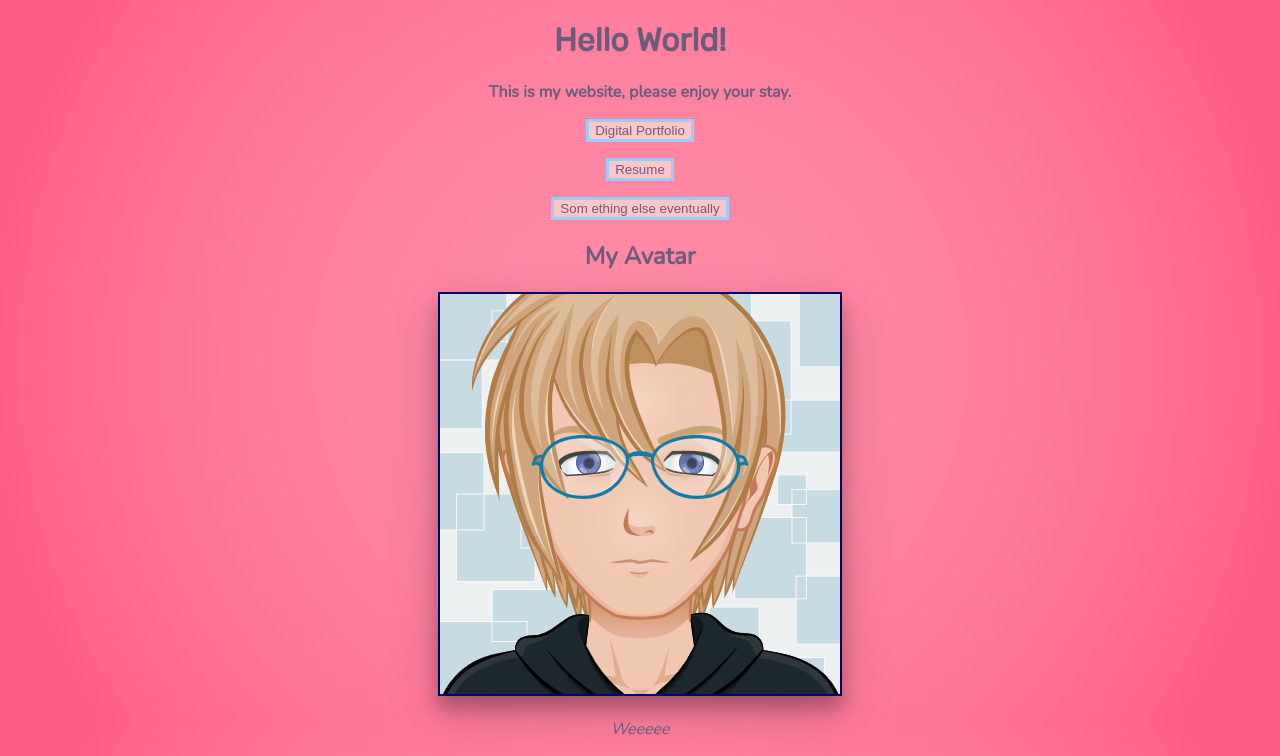
Repository: Ivyeomnky/Ivyeomnky.github.io
Page: index.html
The author's editor kept a record of every edit. The page is drawn from the files as they stood at one moment, then again after the next edit.
The browser window is 1280 px wide. The pictures show the whole page.
Backgrounds fixed to the window are drawn as part of the page.

Above is the page before.

### index.html
<!doctype html>
<html>
    <style>
    </style>
    <head>
        <title>Welcome!</title>
        <link rel="stylesheet" href="css.css">
        <link href="https://fonts.googleapis.com/css?family=Nunito|Roboto|Rubik&display=swap" rel="stylesheet">
    </head>
    <body>
        <center>
        <h1>Hello World!</h1>
        <center><p><b>This is my website, please enjoy your stay.</b></center>
        <div class="font-effect-anaglyph">
        <a href="dp.html"><button>Digital Portfolio</button></a>
        <p><a href="resume.html"><button>Resume</button></a></p>
        <p><a href="html.html"><button>Som
        ething else eventually</button></a></p>
        <h2>My Avatar</h2></p>
        <img src="images/myAvatar.png" alt="My Avatar" width="400" height="400">
        <p><i>Weeeee</i></p>
        </center>
    </body>
</html>

### css.css
body {
  color: #6c5b7b;
  font-family: 'Nunito', sans-serif;
  background-image: url('images/pinkBG.png');
  background-repeat: no-repeat;
  background-attachment: fixed;
  background-size: cover;
}
h1 {
  font-family: 'Rubik', sans-serif;
}
button{
    background-color: #ffc6c7;
    border: 3px solid #99ccff;
    color: #6c5b7b;
    opacity:1;
}
button:hover{
  background-color: #ffc6c7;
  border: 3px solid #99ccff;
  color: #6c5b7b;
  opacity:100;
  box-shadow:0 12px 16px 0 rgba(0,0,0,0.24), 0 17px 50px 0 rgba(0,0,0,0.19);
}
img{
    border: 2px solid #000066;
    box-shadow:0 12px 16px 0 rgba(0,0,0,0.24), 0 17px 50px 0 rgba(0,0,0,0.19);
}
iframe{
    border: 2px solid #000066;
    box-shadow:0 12px 16px 0 rgba(0,0,0,0.24), 0 17px 50px 0 rgba(0,0,0,0.19);
}

After the next edit:
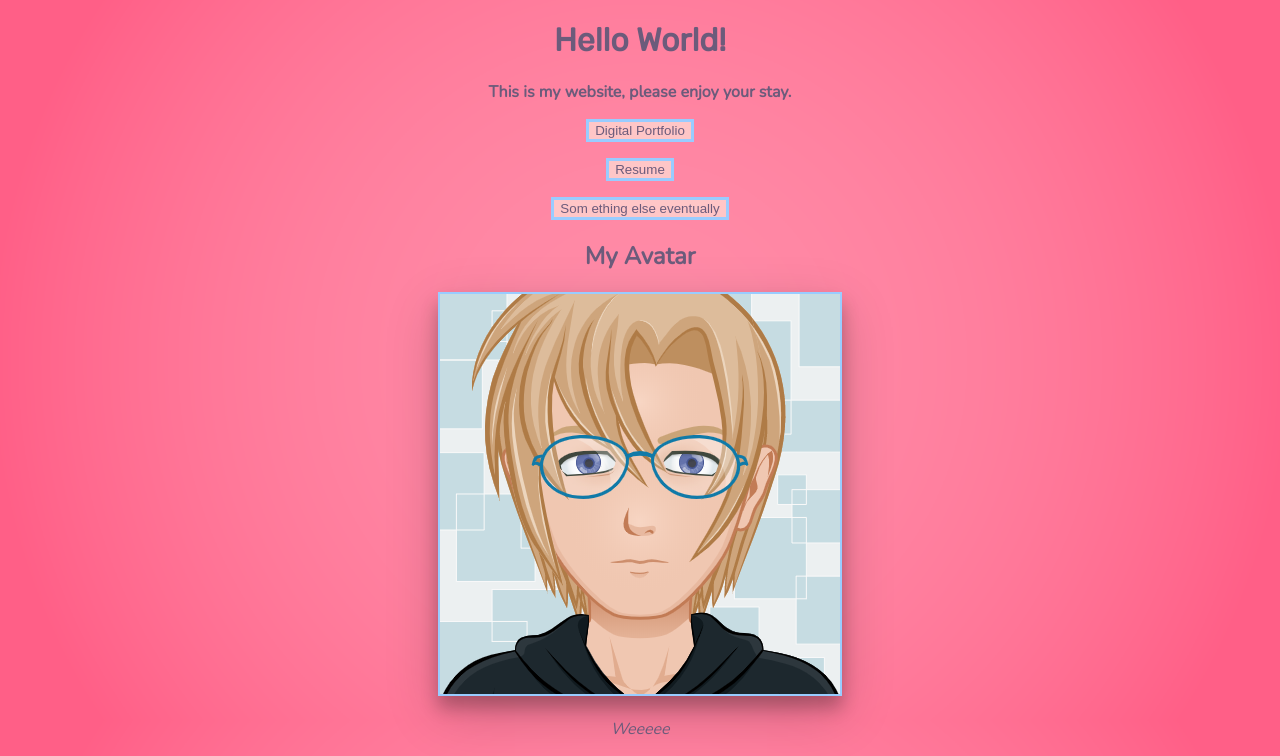
The edit:
--- a/css.css
+++ b/css.css
@@ -23,7 +23,7 @@
   box-shadow:0 12px 16px 0 rgba(0,0,0,0.24), 0 17px 50px 0 rgba(0,0,0,0.19);
 }
 img{
-    border: 2px solid #000066;
+    border: 2px solid #99ccff;
     box-shadow:0 12px 16px 0 rgba(0,0,0,0.24), 0 17px 50px 0 rgba(0,0,0,0.19);
 }
 iframe{
